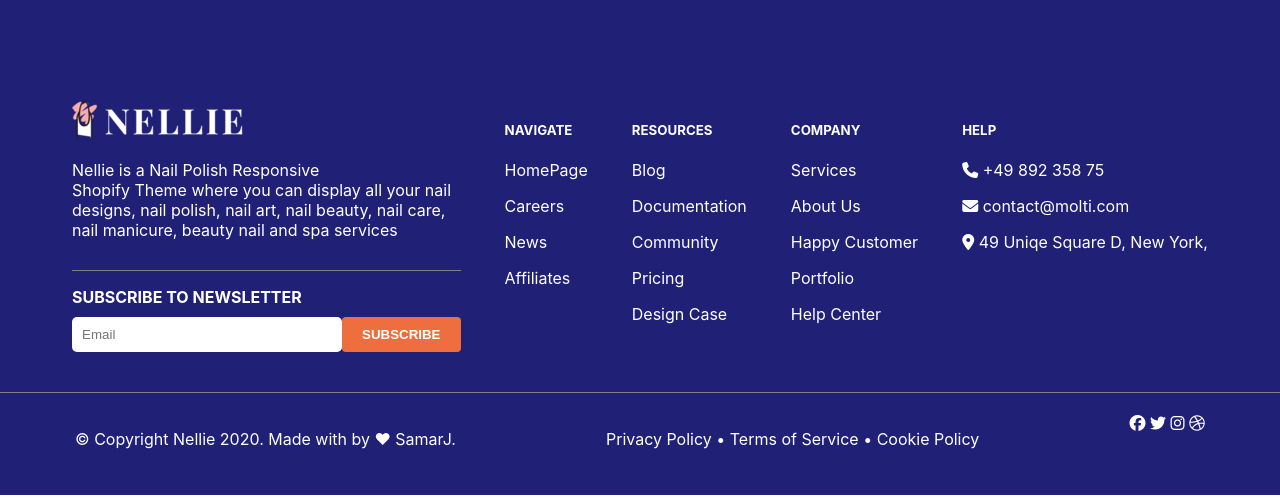
Repository: meherujjahan/nellie-client-site
Page: /
These files come from the project's save history. The page is drawn as it stood at one moment and after the next save; the edit follows.
The browser window is 1280 px wide. The pictures show the part of the page from y = 565 to 1211 px (the page is 1065 px tall before and 1211 px after).
The page's requests for data from a server got no answer. Some web libraries are served in a nearby version. The project was rebuilt for these pictures with package versions that can differ from the ones it lists, and the page was loaded fresh each time. No one was signed in, and anything a server would have sent is missing. Also part of the build but not shown: src/views/components/Header/Header.css, src/views/Common/Service/Service.js.

Above is the page before, as saved 2022-03-10 15:51:18.

After the next save:
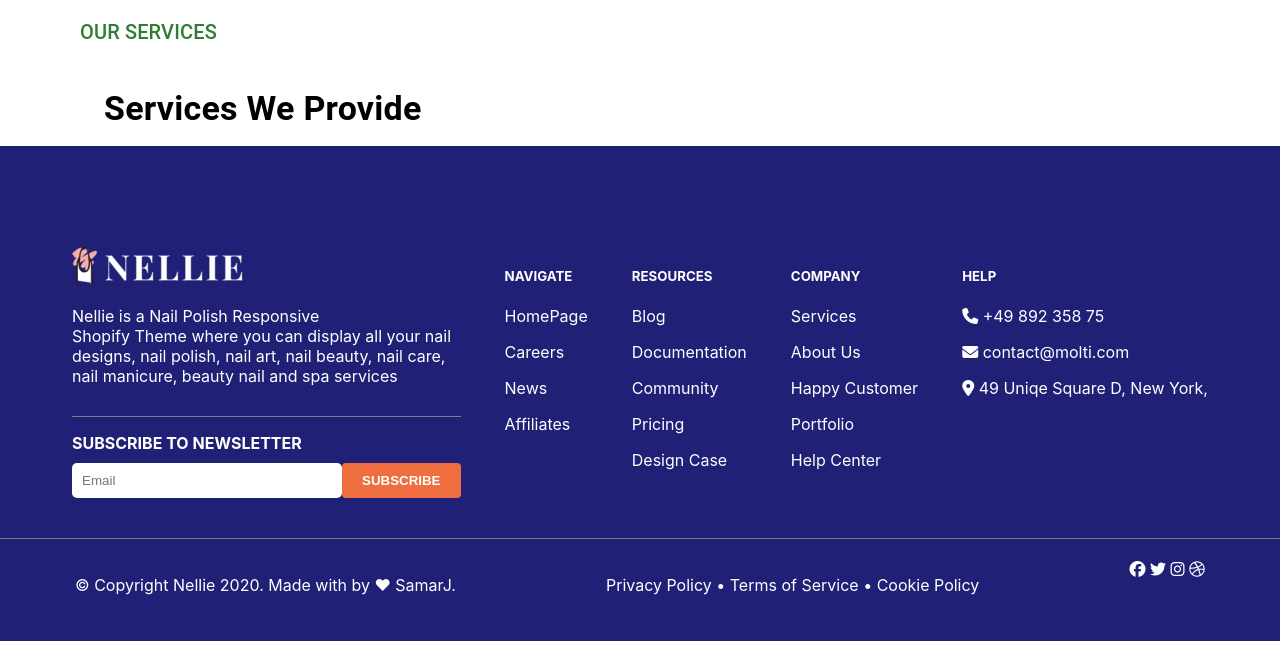
Saved 90 s later.
--- a/src/App.js
+++ b/src/App.js
@@ -1,3 +1,4 @@
+import Services from './views/Common/Services/Services';
 import Banner from './views/components/Banner/Banner';
 import Footer from './views/components/Footer/Footer';
 import Header from './views/components/Header/Header';
@@ -7,7 +8,9 @@
     <div>
      <Header/>
      <Banner/>
+     <Services/>
      <Footer/>
+
     </div>
   );
 }
